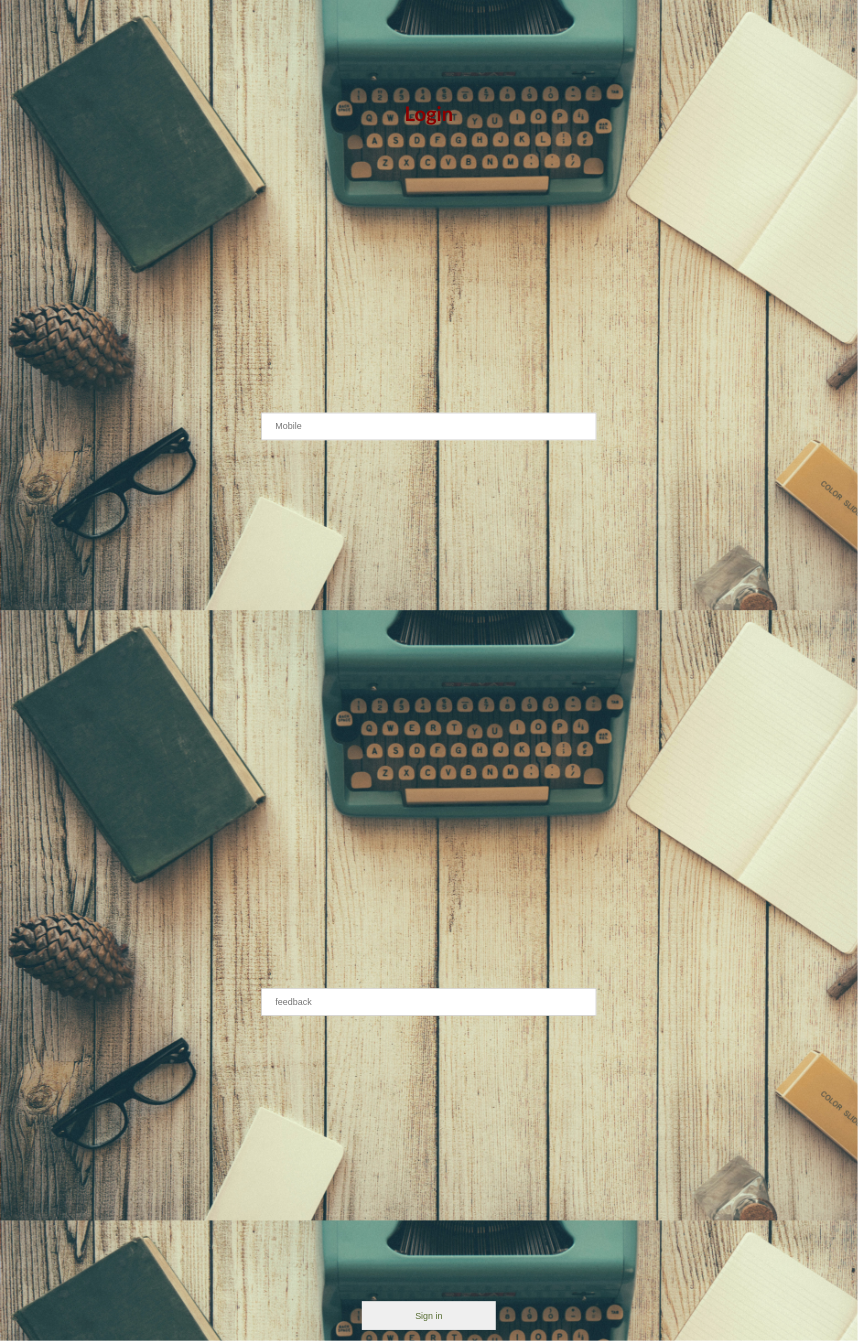
Repository: NAYAN9534/vehicle-booking-system
Page: http://localhost/minor/feedbacklogin.jsp
These files come from the project's save history. The page is drawn as it stood at one moment and after the next save; the edit follows.
The browser window is 1280 px wide. The pictures show the whole page, at 67% of full size.
The page is served by Tomcat 9.

Above is the page before, as saved 2017-05-27 15:39:08.

After the next save:
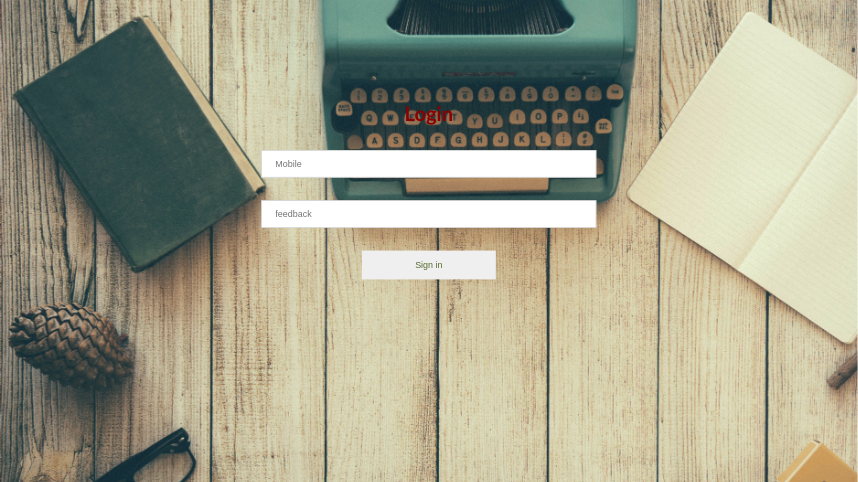
Saved 66 s later.
--- a/minor/WebContent/feedbacklogin.jsp
+++ b/minor/WebContent/feedbacklogin.jsp
@@ -32,7 +32,7 @@ input[type=text], input[type=text]
 {
     width: 500px;
     padding: 12px 20px;
-    margin: 400px 0;
+    margin: 8px 0;
     display: inline-block;
     border: 1px solid #ccc;
     box-sizing: border-box;
